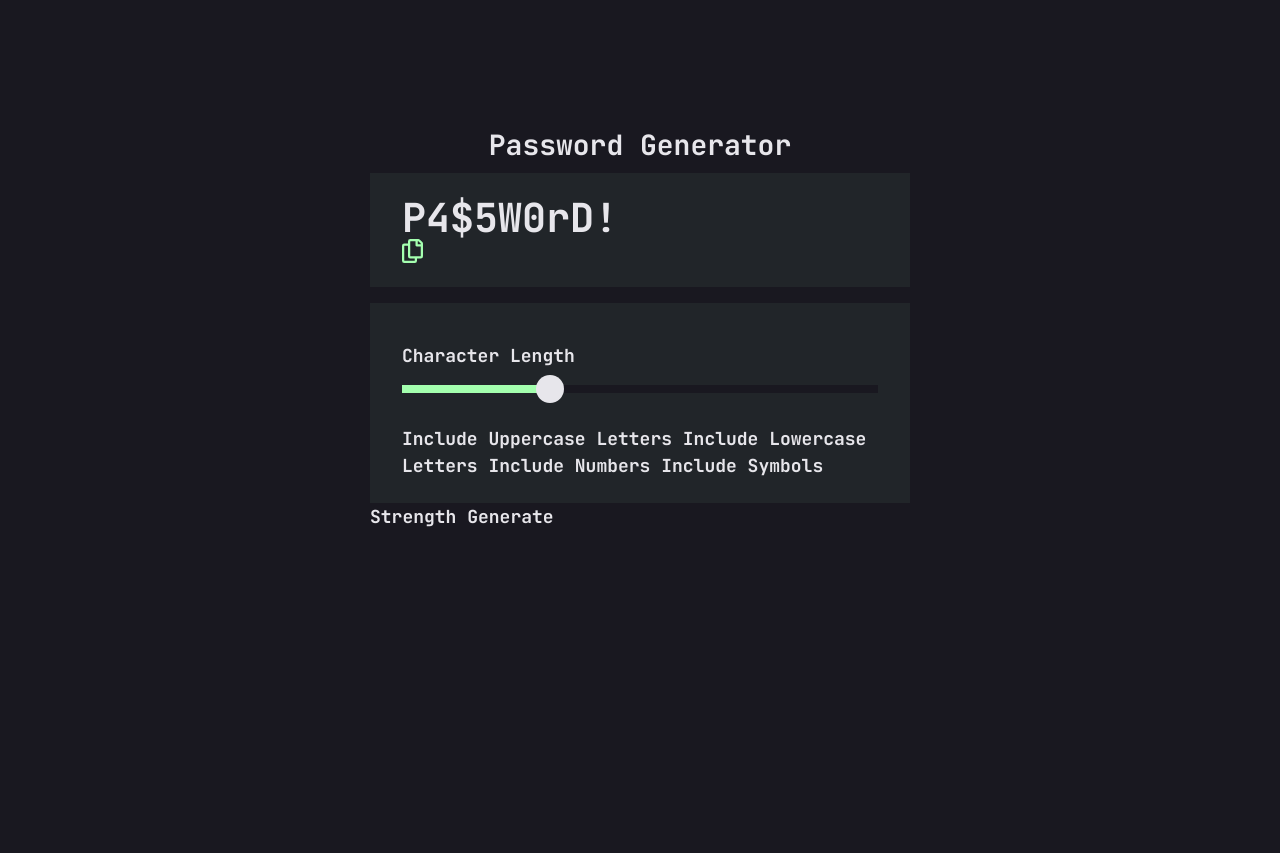
Repository: blordeus/password-generator-app
Page: starter-code/index.html
These files come from the project's save history. The page is drawn as it stood at one moment and after a run of saves; the edit follows.
The browser window is 1280 px wide. The pictures show the whole page.

Above is the page before, as saved 2023-10-05 20:06:51.

After the next 5 saves:
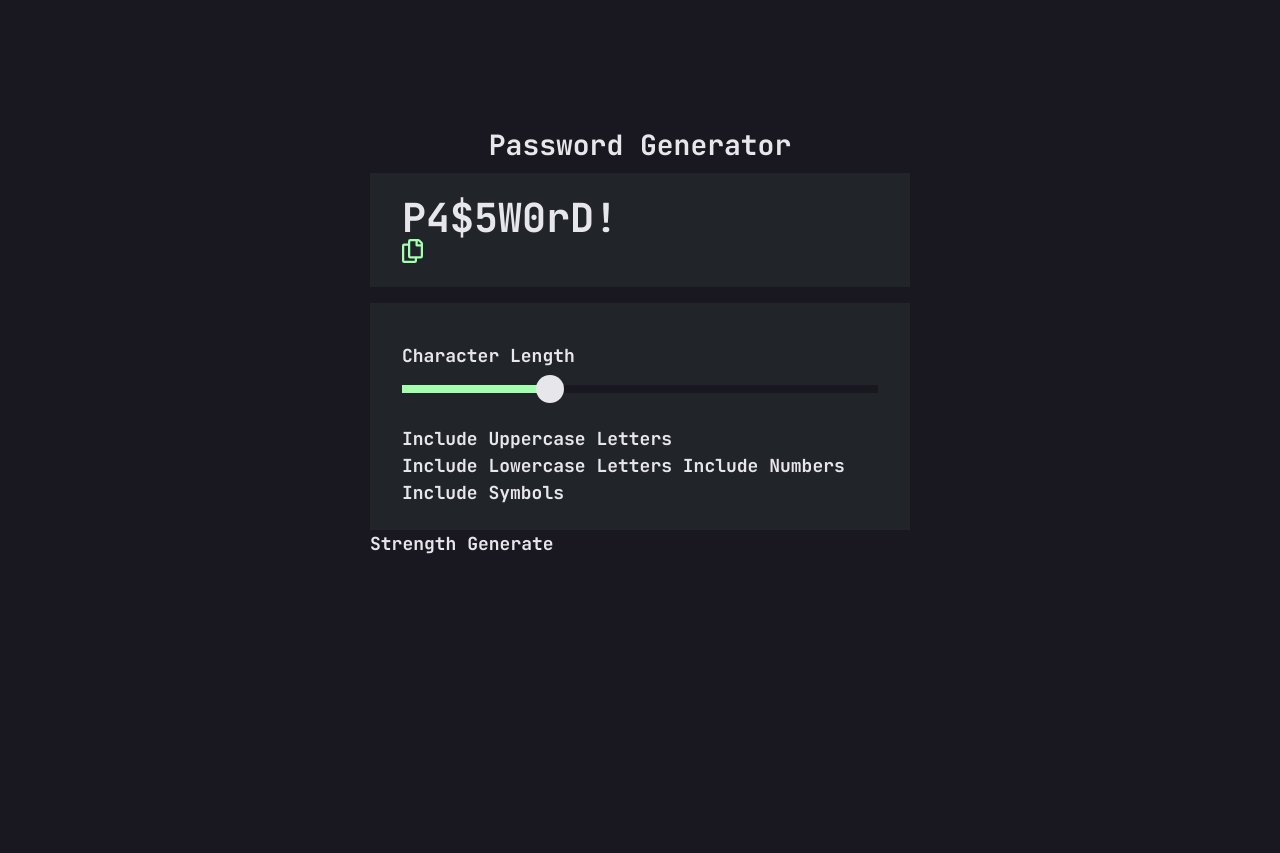
The 5 saves are shown as one change because they came seconds apart.
The last was saved 34 s later.
--- a/starter-code/index.html
+++ b/starter-code/index.html
@@ -26,7 +26,9 @@
     <div class="options bg-dark">
       <label for="slider" class="sliderLabel flex">Character Length <span class="sliderValue fs-1 text-green" id="sliderValue"></span></label>
       <input type="range" class="slider" name="slider" id="slider" min="5" max="15" value="8">
-      Include Uppercase Letters
+      <div>
+        Include Uppercase Letters
+      </div>
       Include Lowercase Letters
       Include Numbers
       Include Symbols
